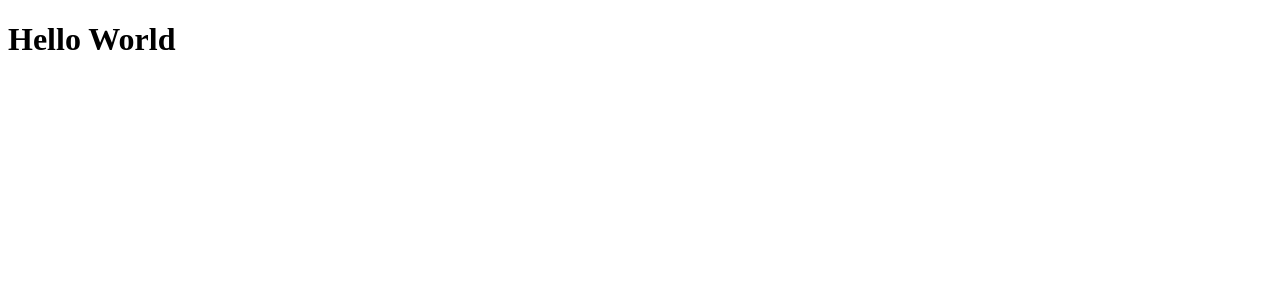
Repository: MarwaJacob/kaproject
Page: index.html
The author's editor kept a copy of each file at every save. The page is drawn from the files as they stood at one save, then again after the next save.
The browser window is 1280 px wide. The pictures show the whole page.

Above is the page before, as saved 2025-10-22 22:00:46.

### index.html
<!DOCTYPE html>
<html lang="en">
<head>
    <meta charset="UTF-8">
    <meta name="viewport" content="width=device-width, initial-scale=1.0">
    <title>hello name project</title>
    <link rel="stylesheet" href="style.css">
</head>
<body>

    <div class="container">
        <h1>Hello <span>World</span></h1>

    </div>










    <script src="script.js"></script>

</body>
</html>

Loaded but not shown: style.css (no stored copy; drawn as an empty file); script.js (no stored copy; drawn as an empty file)

After the next save:
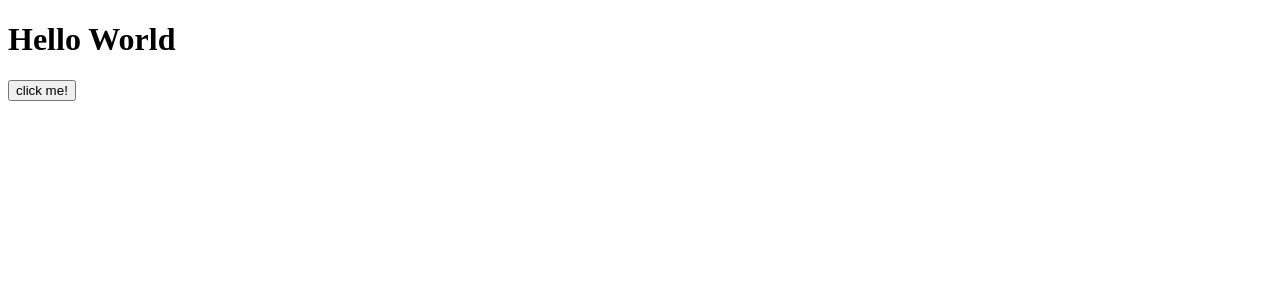
Saved 4 min 32 s later.
--- a/index.html
+++ b/index.html
@@ -9,7 +9,8 @@
 <body>
 
     <div class="container">
-        <h1>Hello <span>World</span></h1>
+        <h1>Hello <span id="updateContent">World</span></h1>
+        <button>click me!</button>
 
     </div>
 
